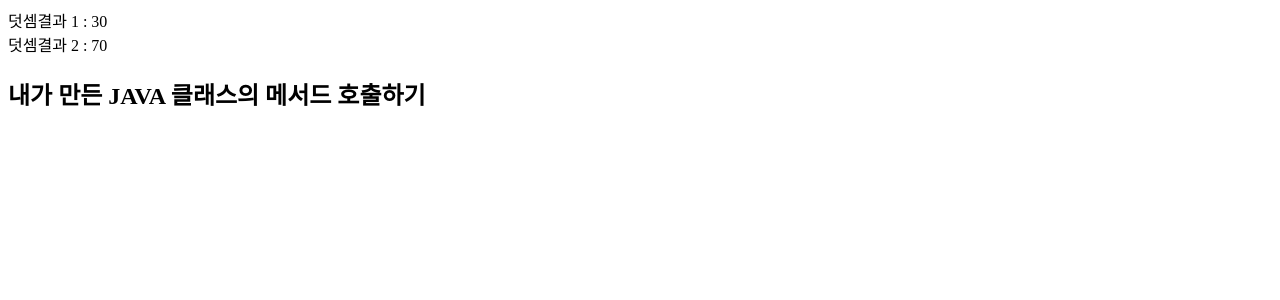
Repository: devgolol/JSP-_Servlet
Page: http://localhost/MustHaveJSP/01DirectiveScript/ScriptElements.jsp
These files come from the project's save history. The page is drawn as it stood at one moment and after a run of saves; the edit follows.
The browser window is 1280 px wide. The pictures show the whole page.
The page is served by Tomcat 10. Other server files are loaded and not shown.

Above is the page before, as saved 2025-05-02 07:04:20.

### MustHaveJSP/src/main/webapp/01DirectiveScript/ScriptElements.jsp
<%@ page language="java" contentType="text/html; charset=UTF-8"
    pageEncoding="UTF-8"%>

<%!
	public int add(int num1, int num2) {
	return num1 + num2;
}
%>
<!DOCTYPE html>
<html>
	<head>
	<meta charset="UTF-8">
	<title>Insert title here</title>
	</head>
	<body>
		<%
			int result = add(10,20);
		%>

			덧셈결과 1 : <%= result %><br/>
			덧셈결과 2 : <%= add(30,40) %>

			<h2>내가 만든 JAVA 클래스의 메서드 호출하기</h2>
	</body>
</html>

### MustHaveJSP/src/main/java/common/MyClass.java
package common;

public class MyClass
{
	public static int myFunc(int a,int b)
	{
		int sum = 0;
		for(int i = a; i<b;i++)
		{
			sum+= i;
		}
		return sum;
	}
}

After the next 4 saves:
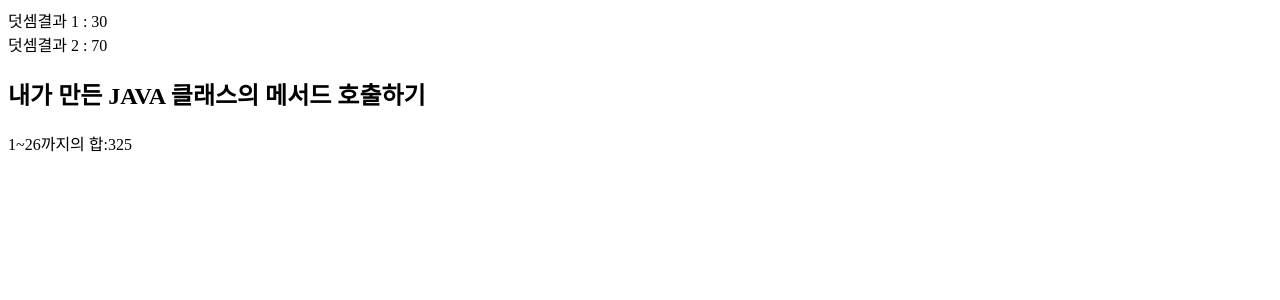
The 4 saves are shown as one change because 3 did not build or start.
The last was saved 93 s later.
--- a/MustHaveJSP/src/main/webapp/01DirectiveScript/ScriptElements.jsp
+++ b/MustHaveJSP/src/main/webapp/01DirectiveScript/ScriptElements.jsp
@@ -1,3 +1,4 @@
+<%@page import="common.MyClass"%>
 <%@ page language="java" contentType="text/html; charset=UTF-8"
     pageEncoding="UTF-8"%>
 
@@ -21,5 +22,9 @@
 			덧셈결과 2 : <%= add(30,40) %>
 
 			<h2>내가 만든 JAVA 클래스의 메서드 호출하기</h2>
+			<%
+				int sum = MyClass .myFunc(1,26);
+			out.println("1~26까지의 합:" + sum);
+			%>
 	</body>
 </html>
